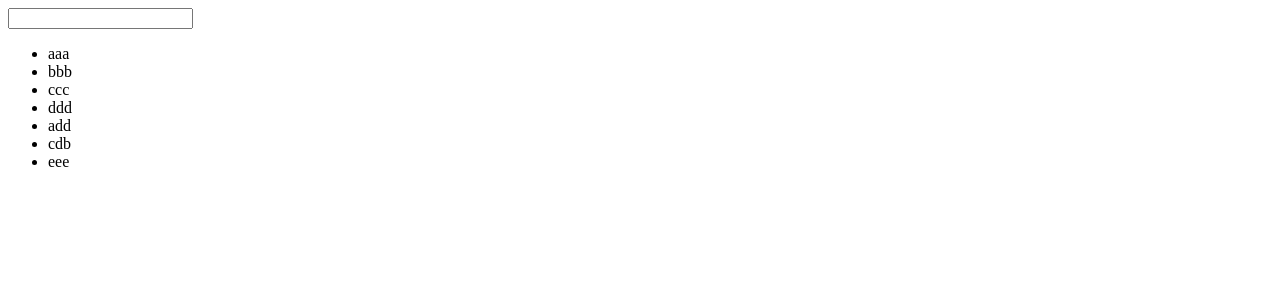
Repository: xiemin2161/mytest
Page: 03-计算属性-模糊查询-computed.html
The author's editor kept a copy of each file at every save. The page is drawn from the files as they stood at one save, then again after the next save.
The browser window is 1280 px wide. The pictures show the whole page.

Above is the page before, as saved 2023-02-01 14:21:40.

After the next save:
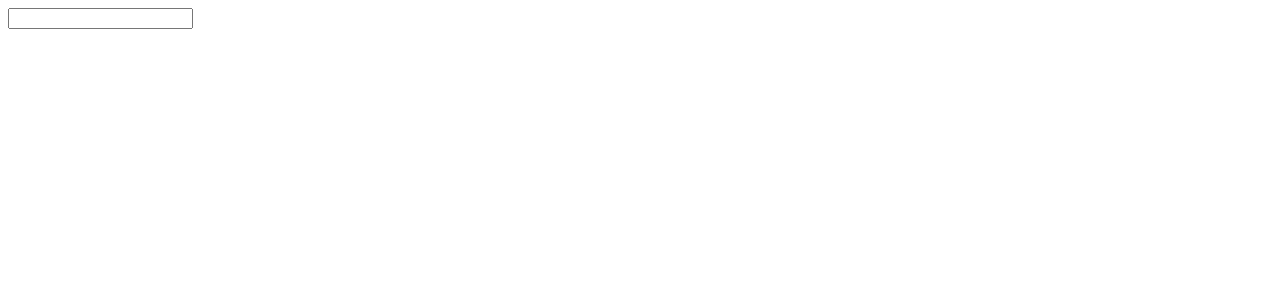
Saved 77 s later.
--- a/03-计算属性-模糊查询-computed.html
+++ b/03-计算属性-模糊查询-computed.html
@@ -13,7 +13,7 @@
     <div id="box">
       <input type="text" v-model="mytext" />
       <ul>
-        <li v-for="data in datalist">{{data}}</li>
+        <li v-for="data in getMyDatalist">{{data}}</li>
       </ul>
     </div>
 

After the save that followed:
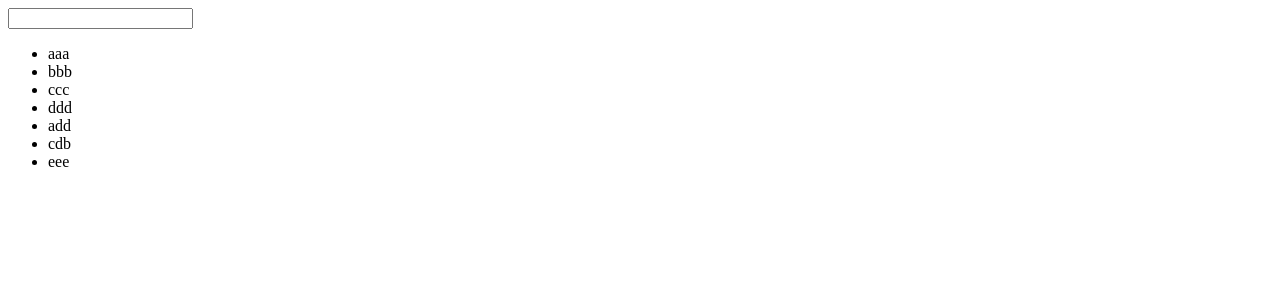
Saved 25 s later.
--- a/03-计算属性-模糊查询-computed.html
+++ b/03-计算属性-模糊查询-computed.html
@@ -37,6 +37,11 @@
             this.datalist = newlist;
           },
         }, */
+        computed: {
+          getMyDatalist() {
+            return this.datalist;
+          },
+        },
       });
     </script>
   </body>
